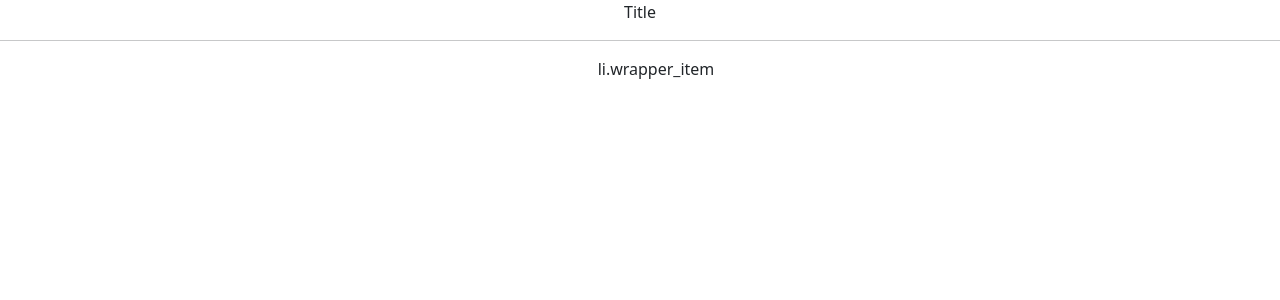
Repository: hoapham2k2/bai_tap_thuc_hanh_is207.n12
Page: index.html
These files come from the project's save history. The page is drawn as it stood at one moment and after the next save; the edit follows.
The browser window is 1280 px wide. The pictures show the whole page.

Above is the page before, as saved 2022-09-19 08:44:28.

### index.html
<!DOCTYPE html>
<html lang="en">

<head>
    <meta charset="UTF-8">
    <meta http-equiv="X-UA-Compatible" content="IE=edge">
    <meta name="viewport" content="width=device-width, initial-scale=1.0">
    <!-- Latest compiled and minified CSS -->
    <link href="https://cdn.jsdelivr.net/npm/bootstrap@5.2.1/dist/css/bootstrap.min.css" rel="stylesheet">

    <!-- Latest compiled JavaScript -->
    <script src="https://cdn.jsdelivr.net/npm/bootstrap@5.2.1/dist/js/bootstrap.bundle.min.js"></script>

    <title>Document</title>

    <style>
        *,
        *::before,
        *::after {
            box-sizing: border-box;
        }

        * {
            margin: 0;
            padding: 0;
            font: inherit;
        }

        body {
            line-height: 1.5;
        }

        img,
        picture,
        video,
        canvas,
        svg {
            display: block;
            max-width: 100%;
        }

        input,
        button,
        textarea,
        select {
            outline: none;
        }

        p,
        h1,
        h2,
        h3,
        h4,
        h5,
        h6 {
            overflow-wrap: break-word;
        }
    </style>
</head>

<body>

    <div class="wrapper text-center">
        <div class="wrapper_header">
            <div class="wrapper_header_logo"></div>
            <div class="wrapper_header_title">Title</div>
        </div>
        <hr>
        <div class="wrapper_body">
            <ul class="wrapper_list">
                li.wrapper_item
            </ul>
        </div>
</body>

</html>

After the next save:
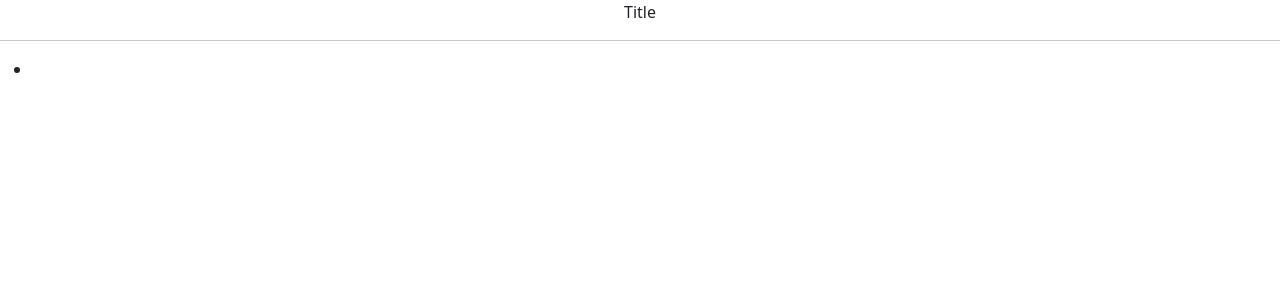
Saved 9 s later.
--- a/index.html
+++ b/index.html
@@ -67,8 +67,8 @@
         </div>
         <hr>
         <div class="wrapper_body">
-            <ul class="wrapper_list">
-                li.wrapper_item
+            <ul class="wrapper_list_1st">
+                <li class="wrapper_item"></li>
             </ul>
         </div>
 </body>
